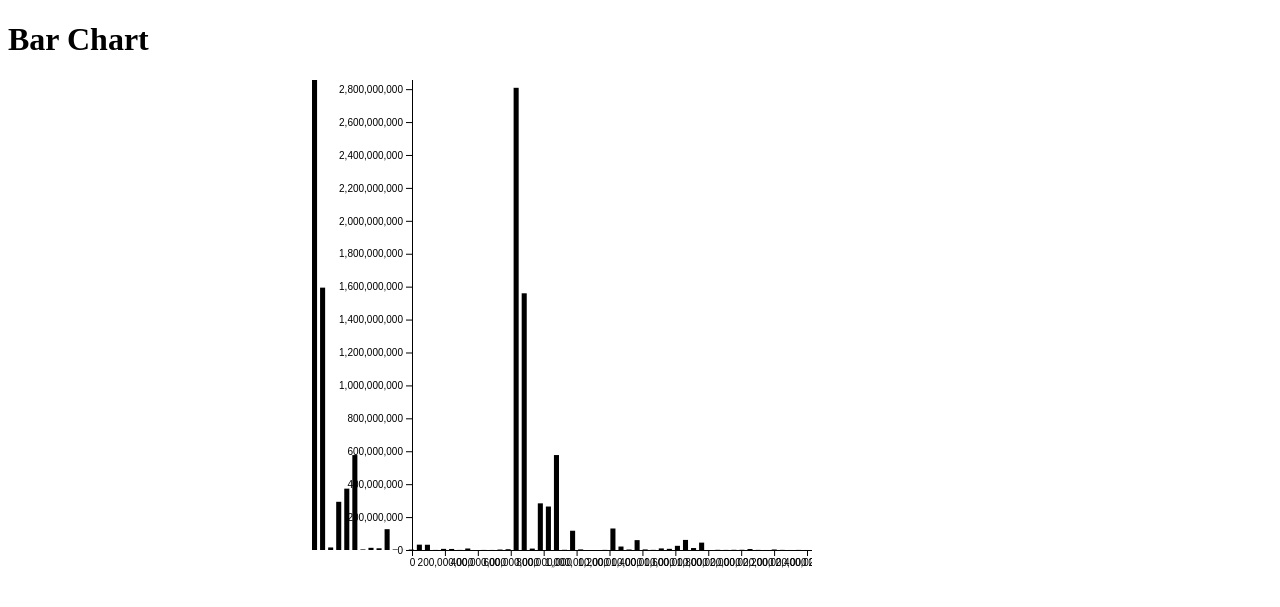
Repository: komalharjani/d3js-visualisation
Page: index.html
The author's editor kept a copy of each file at every save. The page is drawn from the files as they stood at one save, then again after a run of saves.
The browser window is 1280 px wide. The pictures show the whole page.

Above is the page before, as saved 2020-04-29 18:21:14.

After the next 4 saves:
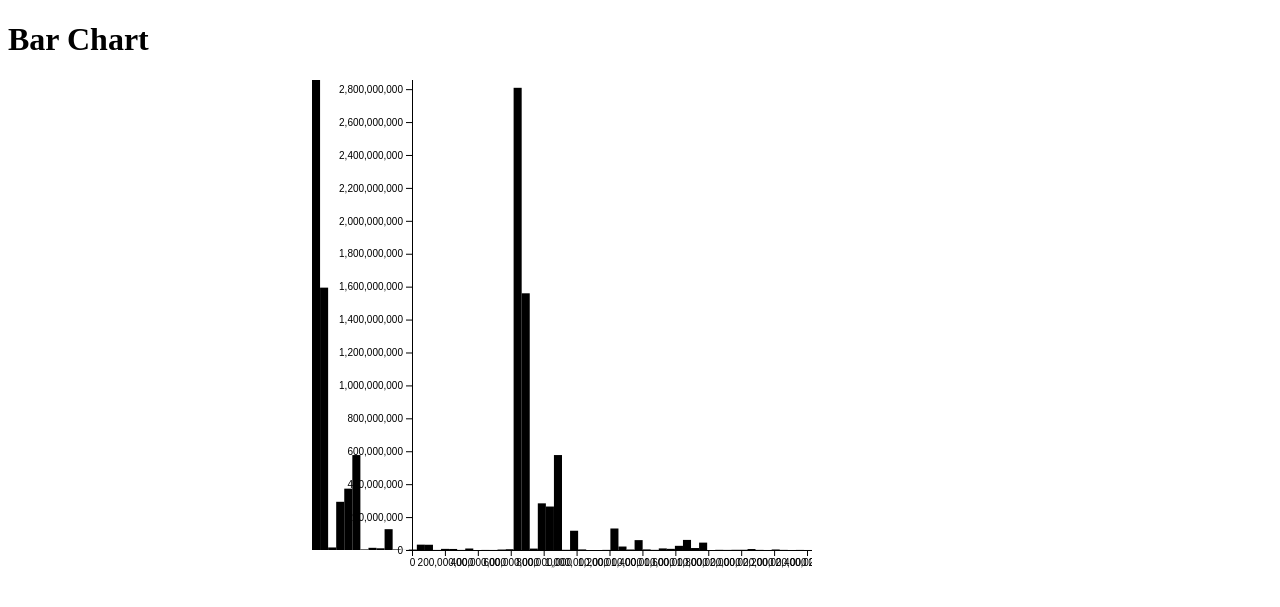
The 4 saves are shown as one change because they came seconds apart.
The last was saved 29 s later.
--- a/index.js
+++ b/index.js
@@ -76,7 +76,7 @@ d3.csv(dataPath)
                         .attr("height", function (d) {
                                 return xscale(d.amount);
                         })
-                        .attr("width", barwidth - 3)
+                        .attr("width", barwidth)
                         //problem is here with displaying axis and
                         .attr("transform", function (d, i) {
                                 let translate = [barwidth * i, -30];
